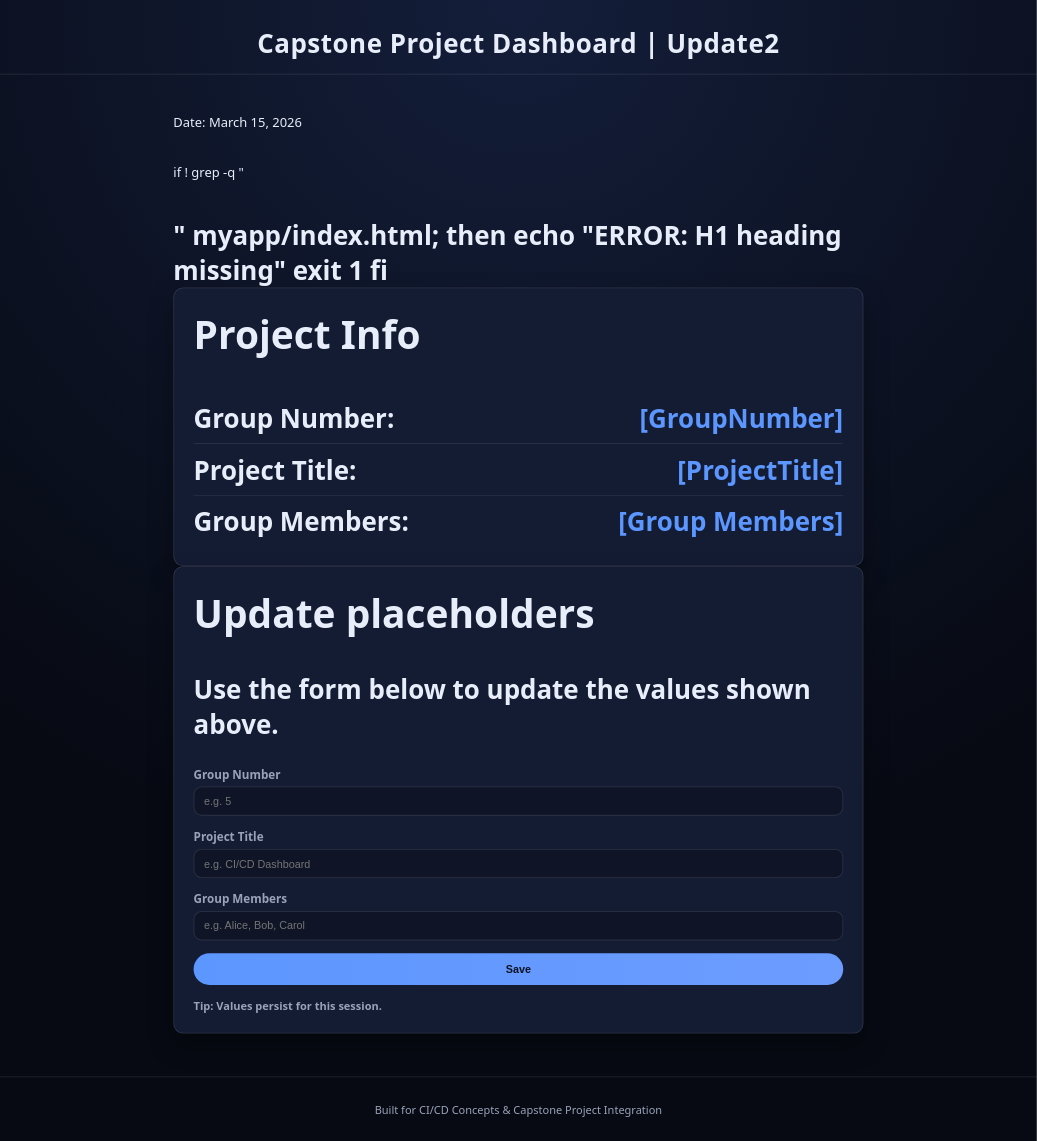
Repository: vatsalpatel3009/GroupNumber6_Cicd
Page: myapp/index.html
The author's editor kept a copy of each file at every save. The page is drawn from the files as they stood at one save, then again after the next save.
The browser window is 1280 px wide. The pictures show the whole page, at 81% of full size.

Above is the page before, as saved 2026-03-17 16:05:25.

After the next save:
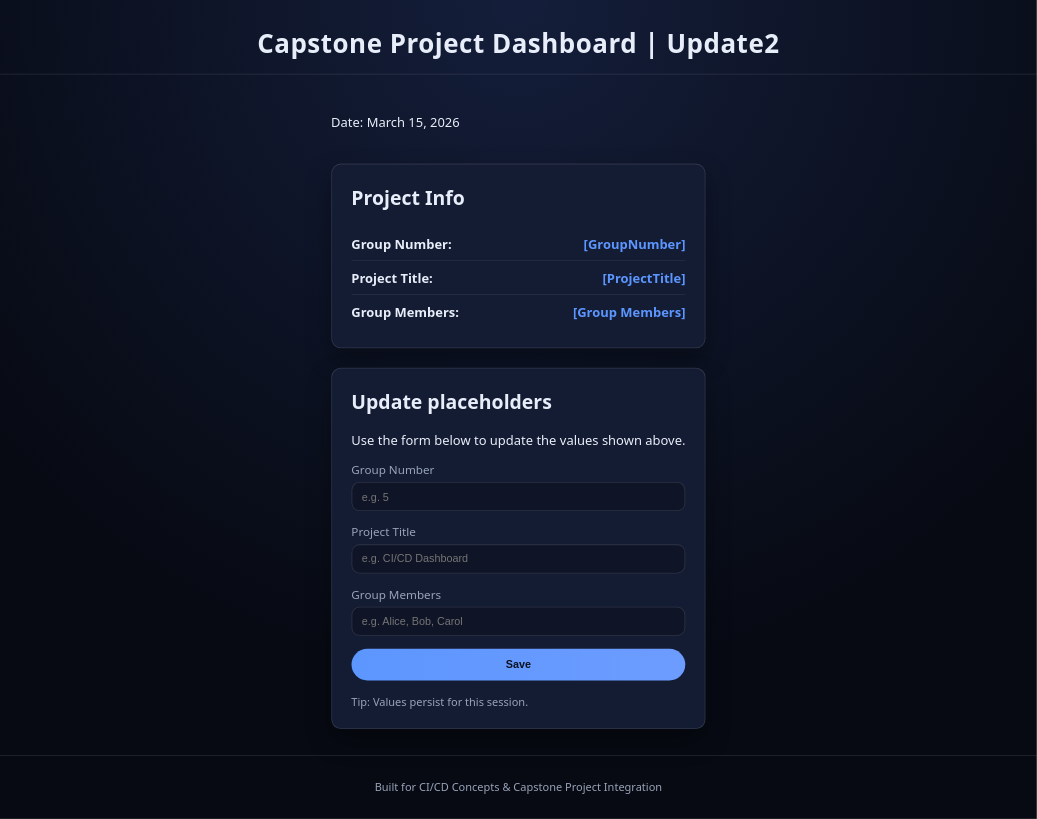
Saved 18 s later.
--- a/myapp/index.html
+++ b/myapp/index.html
@@ -13,10 +13,7 @@
 
   <main class="content">
       <p>Date: March 15, 2026</p>
-if ! grep -q "<h1>" myapp/index.html; then
-  echo "ERROR: H1 heading missing"
-  exit 1
-fi
+
 
     <section class="card">
       <h2>Project Info</h2>
